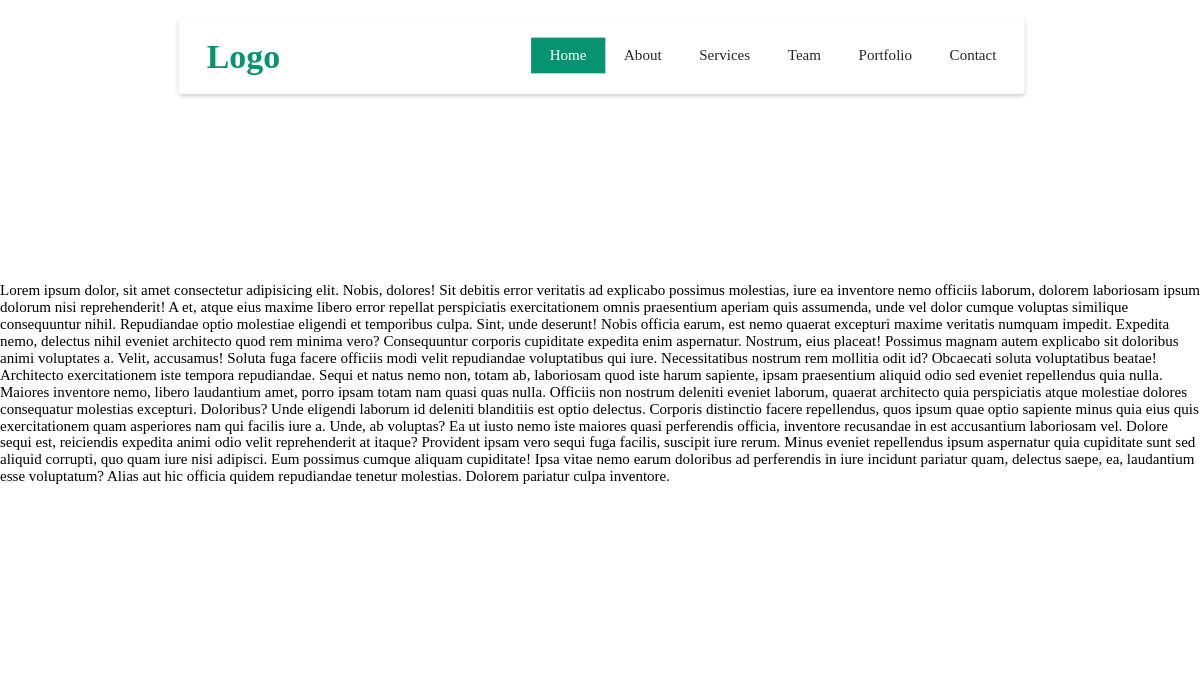
Repository: Sirius018/InventoryGenius
Page: http://localhost/Home
An editor plug-in stored every save of this project. The page is shown before and after the next save, followed by the edit.
The browser window is 1280 px wide. The pictures show the whole page, at 94% of full size.
The page is this project's Thymeleaf template; nobody is signed in. The template is opened directly, without the code that normally fills it, so the values that code supplies are empty.

Above is the page before, as saved 2023-06-05 03:26:39.

After the next save:
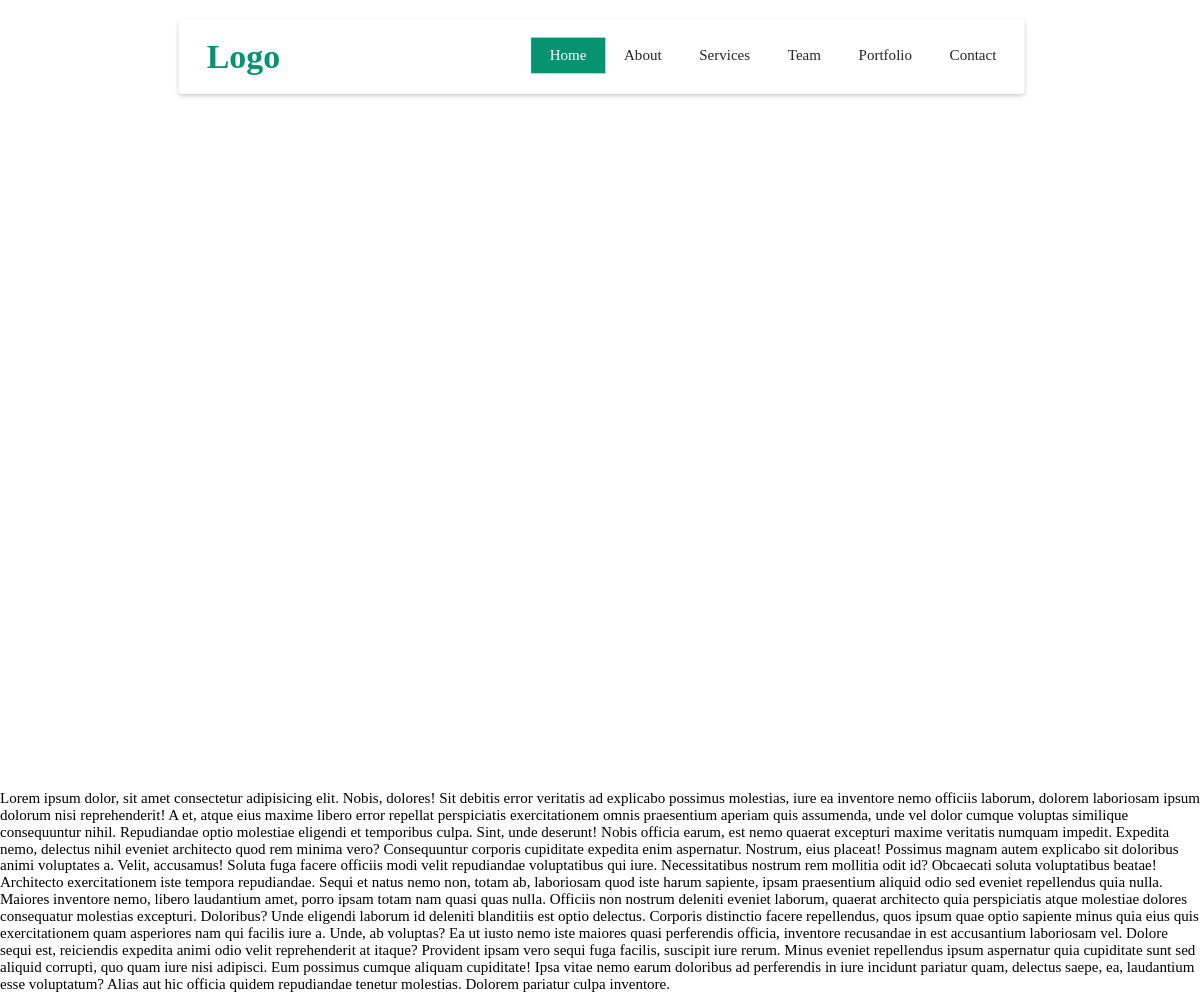
Saved 26 s later.
--- a/ADW/InventoryGenius/src/main/resources/templates/Home.html
+++ b/ADW/InventoryGenius/src/main/resources/templates/Home.html
@@ -27,7 +27,7 @@
         <div class="clearfix"></div>
         </div>
     </header>
-        <br><br><br><br><br><br><br><br><br><br>
+        <br><br><br><br><br><br><br><br><br><br><br><br><br><br><br><br><br><br><br><br><br><br><br><br><br><br><br><br><br><br><br><br><br><br><br><br><br><br><br><br>
 
     <div>
         Lorem ipsum dolor, sit amet consectetur adipisicing elit. Nobis, dolores! Sit debitis error veritatis ad explicabo possimus molestias, iure ea inventore nemo officiis laborum, dolorem laboriosam ipsum dolorum nisi reprehenderit!
